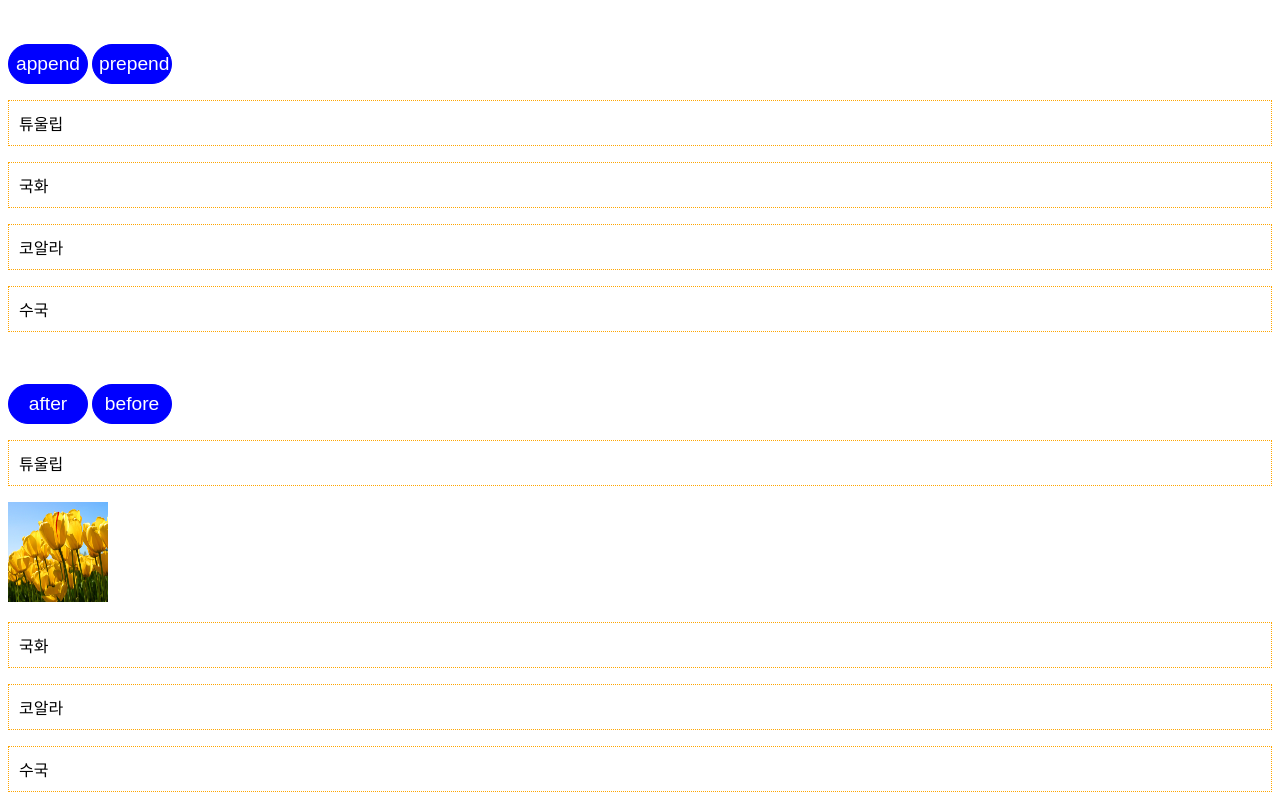
Repository: JJaeHwan/HTML
Page: jquerypro/WebContent/0113/추가메소드.html
These files come from the project's save history. The page is drawn as it stood at one moment and after the next save; the edit follows.
The browser window is 1280 px wide. The pictures show the whole page.
After loading, the first visible `.box2 > p` was clicked once.

Above is the page before, as saved 2023-01-13 05:24:02.

After the next save:
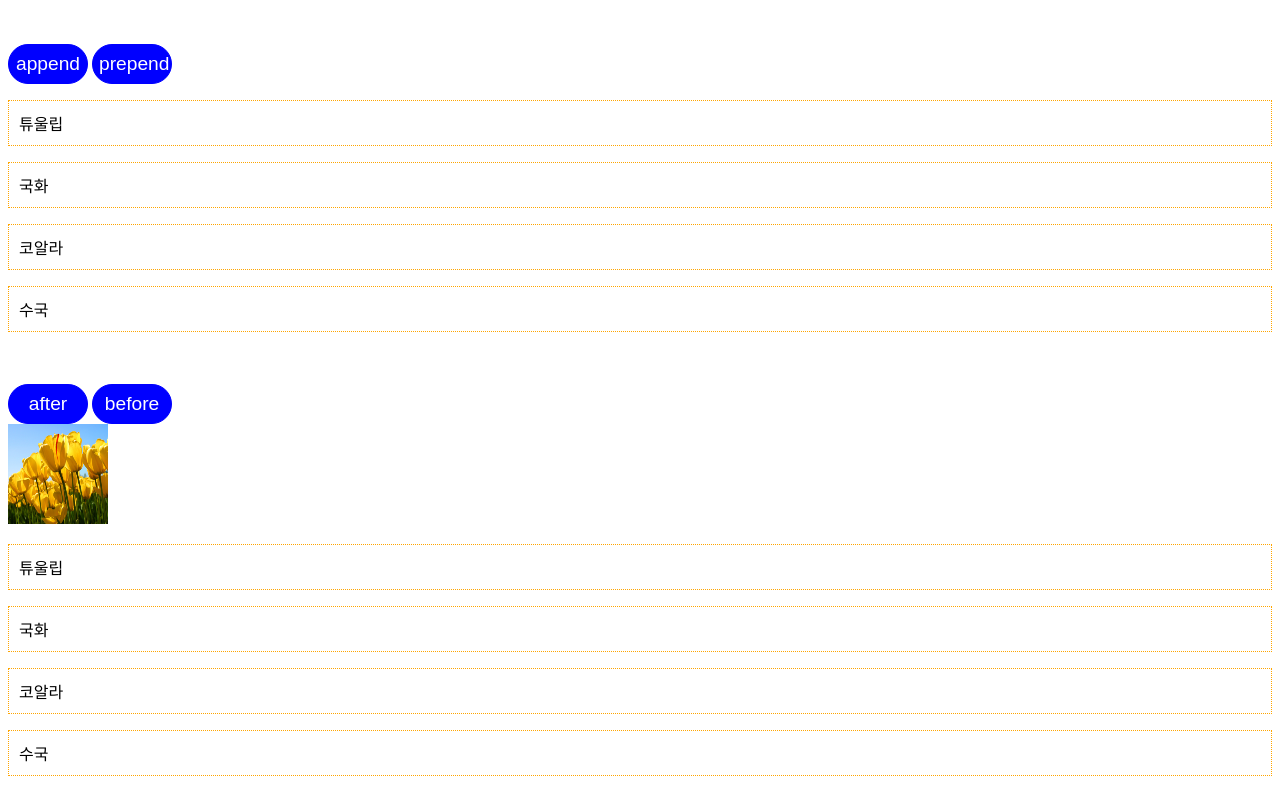
Saved 34 s later.
--- a/jquerypro/WebContent/0113/추가메소드.html
+++ b/jquerypro/WebContent/0113/추가메소드.html
@@ -35,7 +35,8 @@ $(function() {
 			'alt' : vstr1 + ".jpg"
 
 		})
-		$(this).after(vimg);
+// 		$(this).after(vimg);
+		$(this).before(vimg);
 
 
 	})
